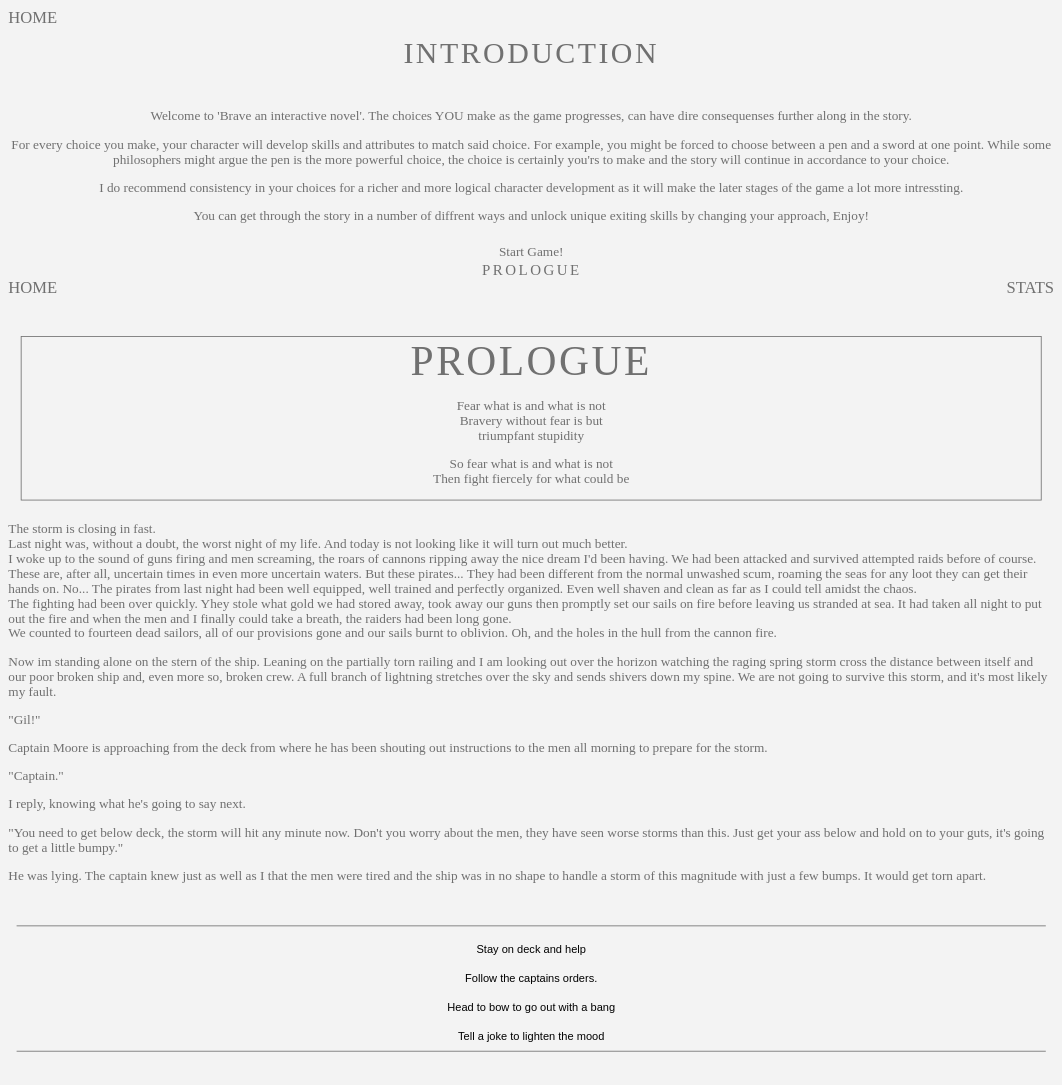
Repository: Pontushol/Brave-An-Interactive-Novel
Page: intro.html
The author's editor kept a record of every edit. The page is drawn from the files as they stood at one moment, then again after the next edit.
The browser window is 1280 px wide. The pictures show the whole page, at 83% of full size.
Some web libraries are served in a nearby version.

Above is the page before.

### intro.html
<!DOCTYPE html>
<html lang="en">

<head>
    <meta charset="UTF-8">
    <meta name="viewport" content="width=device-width, initial-scale=1.0">
    <meta http-equiv="X-UA-Compatible" content="ie=edge">
    <script src="https://kit.fontawesome.com/733f13d437.js"></script>

    <link rel="stylesheet" href="assets/css/main.css" type="text/css" />
    <title>Brave - An Interactive Novel</title>
</head>

<body>
    <nav id="intro-nav">
        <a href="home.html">HOME</a>
    </nav>
    <header>
        <h1 id="intro-header">
            Introduction
        </h1>
    </header>

    <main class="content-container">
        <p>

            Welcome to 'Brave an interactive novel'. The choices YOU make as the game progresses, can have dire consequenses further along in the story. </p>
        <p></p>
        For every choice you make, your character will develop skills and attributes to match said choice. For example, you might be forced to choose between a pen and a sword at one point. While some philosophers might argue the pen is the more powerful choice,
        the choice is certainly you'rs to make and the story will continue in accordance to your choice.
        </p>
        <p>
            I do recommend consistency in your choices for a richer and more logical character development as it will make the later stages of the game a lot more intressting.
        </p>
        <p>
            You can get through the story in a number of diffrent ways and unlock unique exiting skills by changing your approach, Enjoy! <!--so please do use the save function and try out some diffrent paths!-->
        </p>
    </main>

    <div class="btn-container">
    <a href="content/page-1.html">Start Game!</a>
        </div>


        <section class="prologue">
            <nav class="ig-navbar">
        <a href="home.html">HOME</a>
        <h2>Prologue</h2>
        <p id="modal-btn">STATS</p>

        <div id="stats-modal" class="modal">
            <div class="modal-content">
                 <div class="modal-header">
                <span class="close-btn">&times;</span>
                <h2>Stats / Bio</h2>
                </div>
                <div class="modal-body">
                    <p>Hello World</p>
                </div>
            </div>
        </div>
    </nav>
    <header class="chapter-header">
        <h1>
            PROLOGUE
        </h1>
        <p>
            Fear what is and what is not<br> Bravery without fear is but<br> triumpfant stupidity<br>
        </p>
        <p>So fear what is and what is not<br> Then fight fiercely for what could be
        </p>
    </header>

    <section class="text-section">
        <p>The storm is closing in fast.<br> Last night was, without a doubt, the worst night of my life. And today is not looking like it will turn out much better. <br> I woke up to the sound of guns firing and men screaming, the roars of cannons ripping away
            the nice dream I'd been having. We had been attacked and survived attempted raids before of course. These are, after all, uncertain times in even more uncertain waters. But these pirates... They had been different from the normal unwashed scum,
            roaming the seas for any loot they can get their hands on. No... The pirates from last night had been well equipped, well trained and perfectly organized. Even well shaven and clean as far as I could tell amidst the chaos.<br> The fighting had been over quickly.
            Yhey stole what gold we had stored away, took away our guns then promptly set our sails on fire before leaving us stranded at sea. It had taken all night to put out the fire and when the men and I finally could take a breath, the raiders had been long
            gone.
            <br> We counted to fourteen dead sailors, all of our provisions gone and our sails burnt to oblivion. Oh, and the holes in the hull from the cannon fire.</p>

        <p>Now im standing alone on the stern of the ship. Leaning on the partially torn railing and I am looking out over the horizon watching the raging spring storm cross the distance between itself and our poor broken ship and, even more so, broken crew.
            A full branch of lightning stretches over the sky and sends shivers down my spine. We are not going to survive this storm, and it's most likely my fault. </p>

        <p>"Gil!"</p>

        <p>Captain Moore is approaching from the deck from where he has been shouting out instructions to the men all morning to prepare for the storm.
        </p>
        <p>"Captain."</p>
        <p>I reply, knowing what he's going to say next.
        </p>
        <p> "You need to get below deck, the storm will hit any minute now. Don't you worry about the men, they have seen worse storms than this. Just get your ass below and hold on to your guts, it's going to get a little bumpy."
        </p>
        <p>He was lying. The captain knew just as well as I that the men were tired and the ship was in no shape to handle a storm of this magnitude with just a few bumps. It would get torn apart.
        </p>


    </section>
    <section class="choice-section-1 text-section" id>
        <div class="choice-display choice-display-1">
            <button class="choice-btn btn-1" id="str-btn" type="button" href="#">
            Stay on deck and help
        </button>
            <button class="choice-btn btn-2 null-btn" type="button" href="#">
            Follow the captains orders.
        </button>
            <button class="choice-btn btn-3" type="button" href="#">
            Head to bow to go out with a bang
        </button>
            <button class="choice-btn btn-4" id="wit-btn" type="button" href="#">
            Tell a joke to lighten the mood
        </button>
        </div>



        <div class="choice-1 choice-hidden">
            <p> "Captain, Just because I'm royal, that does not mean I'm stupid." I say with a small smile "I know just as well as you that we are less than probable to reach Entagrim alive. I mean, it was a fools' hope to begin with, don't you think? The
                fact that we got this far is a small miracle in itself. So I refuse to follow your orders, Mr. Moore. I will stay up here and help as best I can and if the gods are with us maybe we can get out of this mess. But I will not sit below deck
                like a child waiting for his punishment."
            </p>
            <p>Something flashed in the captains eyes<br> "Very well. Then tie yourself to the mast like the rest of the men, half of the railing is gone and we dont want you falling over board at the first wave. After that you can man a starboard side oar,
                then start praying, boy." <br>It takes a certain kind of man to call a prince of the northern isles 'boy' and get away with hit with both hands, Captain Moore is such a man.
            </p>
            <p>On my way over to the mast, It's as if night suddenly falls. The almost black clouds of the storm cover the sky and in seconds the full force of the storm is over us.
            </p>

            <div class="choice-display choice-display-2">
                <button class="choice-btn btn-1" type="button" href="#">
            Man the oars without securing a rope
        </button>
                <button class="choice-btn btn-2" type="button" href="#">
            Rush to the mast to secure a rope
        </button>
            </div>
        </div>
        <div class="choice-2 null-choice"></div>
        <div class="choice-3 null-choice"></div>
        <div class="choice-4 wit-choice"></div>
    </section>


    <button class="choice-btn btn-1 hidden" id="agi-btn" type="button" href="#"></button>
    <button class="choice-btn btn-1 hidden" id="dex-btn" type="button" href="#"></button>
    <button class="choice-btn btn-1 hidden" id="int-btn" type="button" href="#"></button>
    <button class="choice-btn btn-1 hidden" id="prc-btn" type="button" href="#"></button>
        </section>





    <script src="https://code.jquery.com/jquery-3.2.1.js" integrity="sha256-DZAnKJ/6XZ9si04Hgrsxu/8s717jcIzLy3oi35EouyE=" crossorigin="anonymous"></script>
    <script src="scripts/script.js"></script>
</body>

</html>

### assets/css/main.css
/*--------------------General Styling--------------------*/

body {
    background-color: #F3F3F3;
    color: #707070;
    min-height: 100vh;
    font-family: Rockwell;
    margin: 0;
}

a {
    text-decoration: none;
    color: #707070;
}

header {
    text-align: center;
}

h1, h2, h3, h6 {
    font-family: Perpetua;
    font-weight: 100;
    text-transform: uppercase;
    letter-spacing: 3px;
    margin-bottom: 20px;
    margin-top: 0;
}

h1 {
    font-size: 60px;
}

h2 {
    font-size: 18px;
}

h3, h6 {
    margin: 0;
}

h6 {
    letter-spacing: 0;
}

ul {
    padding: 0;
}


.hidden {
    display: none;
}
/*-------------------Start Screen------------------------*/



#showcase-start {
    padding: 100px 70px;
}

#showcase-title {
    margin: 0;
}


#showcase-start h6 {
    margin-bottom: 100px;
}

/*-------------------Home Screen------------------------*/

#return-btn-index {
    display: flex;
    text-align: center;
    justify-content: flex-end;
    padding-top: 5px;
    /*display: none;*/
}

#return-btn-index button {
    width: 80px;
    border: none;
    text-decoration: none;
    background-color: #f3f3f3;
    font-family: Rockwell;
    color: #707070;
}

/*.push-down-75 {*/
/*    padding-top: 75px;*/
/*}*/

.btn-container {
    display: flex;
    flex-direction: column;
    align-items: center;

}



.home-btn {
    text-decoration: underline;
    padding: 10px;
}

.social-list {
    display: flex;
    list-style: none;
    justify-content: center;
}

.social-link {
    font-size: 2em;
    padding: 25px 15px;
}


/*-------------------------Intro Page-------------------*/
#intro-nav {
    padding: 10px;
    font-size: 20px;
}

#intro-header {
    font-size: 36px;
}

.content-container {
    text-align: center;
    padding: 10px;
}


/*-------------------------Content Pages-------------------*/


.chapter-header {
    margin: 25px;
    border: 1px solid #707070;
}

.chapter-header h1 {
    font-size: 50px;
    margin-bottom: 0;
}

.ig-navbar {
    display: flex;
    justify-content: space-between;
    padding: 2px 10px;
    font-size: 20px;
}

.ig-navbar h2 {
    align-self: flex-start;
}

.ig-navbar a {
    align-self: center;
}

.text-section {
    margin:10px;
    padding-bottom: 25px;


}



.choice-display {
    margin: 20px 0 30px 0;
}

.choice-display {
    display: flex;
    flex-direction: column;
    padding-top: 10px;
    margin: 0px 10px 5px 10px;
    border-top: 1px solid #707070;
    border-bottom: 1px solid #707070;
}

.choice-btn {
    border: 0;
    background: 0;
    margin: 10px;
    padding: 0;
}

.choice-hidden {
    display: none;
    border-top: 1px solid #707070;
}


/*----------------Modal---------------*/

.modal {
    display: none;
    position: fixed;
    z-index: 1;
    left: 0;
    top: 0;
    width: 100%;
    height: 100%;
    overflow: auto;
    background-color: rgba(0, 0, 0, 0.5);
}

.modal-content {
    background-color: #f4f4f4;
    margin: 10% auto;
    padding: 20px;
    width: 80%;
    box-shadow: 0 5px 8px 0 rgba(0,0,0,0.2), 0 7px 20px 0 rgba(0,0,0,0.17);;

    animation-name: modalopen;
    animation-duration: 1s;
}

.close-btn {
    color: #ccc;
    float: right;
    font-size: 30px;
}

.close-btn:hover, .close-btn:focus {
    color: #000;
    text-decoration: none;
    cursor: pointer;
}


@keyframes modalopen {
    from {opacity: 0;}
    to {opacity: 1;}
}



@media (min-width: 1025) {


/*------------------- Desktop Screen------------------------*/

#showcase-header {
    display: flex;
    justify-content: center;
    height: 100vh;
}

#showcase-start {
    border: 1px solid #707070;
    padding: 70px;
    align-self: center;
    -webkit-box-shadow: 1px 1px 7px 4px rgba(112, 112, 112, 1);
    -moz-box-shadow: 1px 1px 7px 4px rgba(112, 112, 112, 1);
    box-shadow: 1px 1px 7px 4px rgba(112, 112, 112, 1);
}

#showcase-title {
    margin: 0;
}

}

Loaded but not shown: scripts/script.js (no copy from this time; the picture is the same without it)

After the next edit:
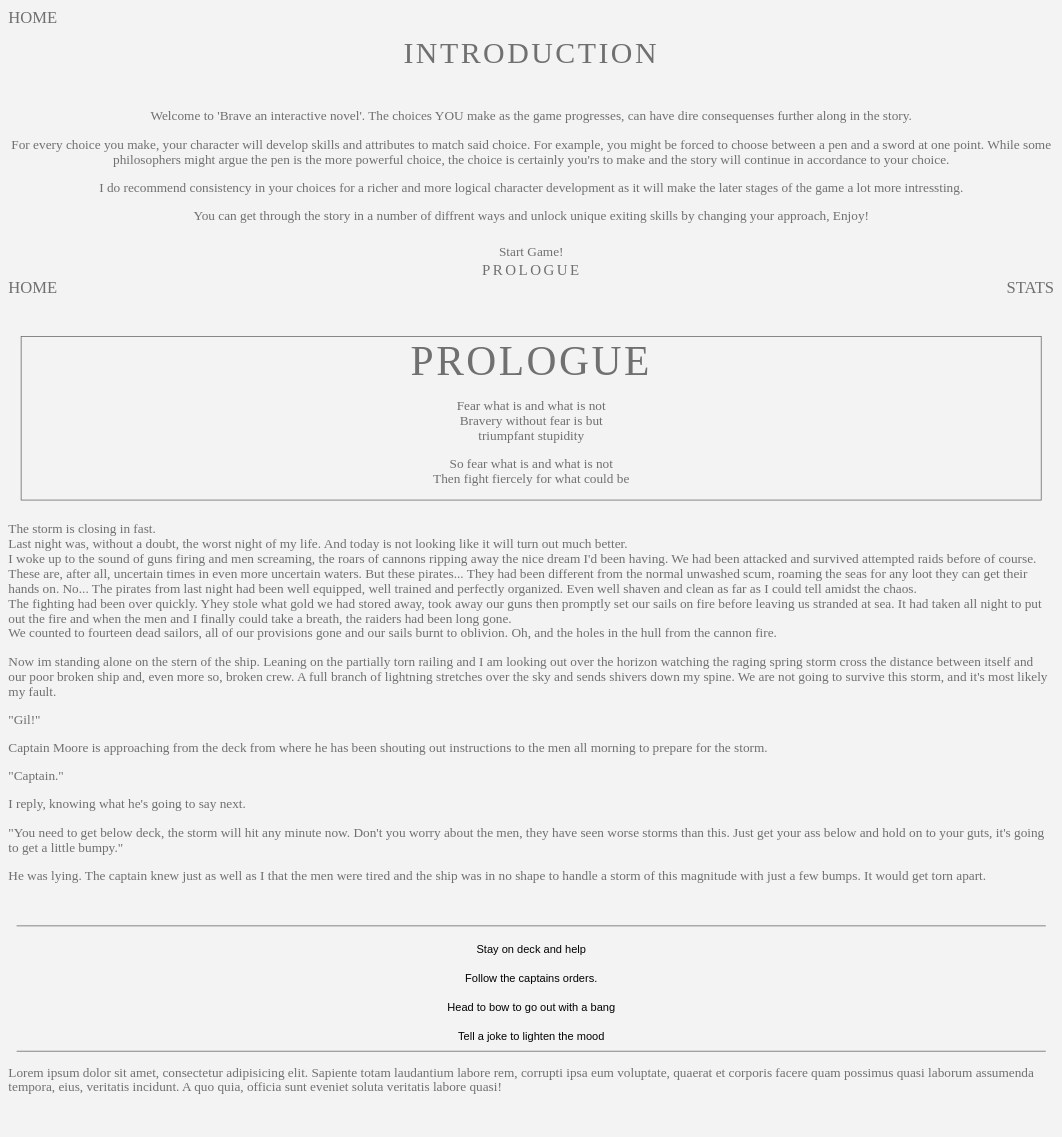
The edit:
--- a/intro.html
+++ b/intro.html
@@ -134,7 +134,11 @@
         </button>
             </div>
         </div>
-        <div class="choice-2 null-choice"></div>
+        <div class="choice-2 null-choice">
+            <p>
+                Lorem ipsum dolor sit amet, consectetur adipisicing elit. Sapiente totam laudantium labore rem, corrupti ipsa eum voluptate, quaerat et corporis facere quam possimus quasi laborum assumenda tempora, eius, veritatis incidunt. A quo quia, officia sunt eveniet soluta veritatis labore quasi!
+            </p>
+            </div>
         <div class="choice-3 null-choice"></div>
         <div class="choice-4 wit-choice"></div>
     </section>
